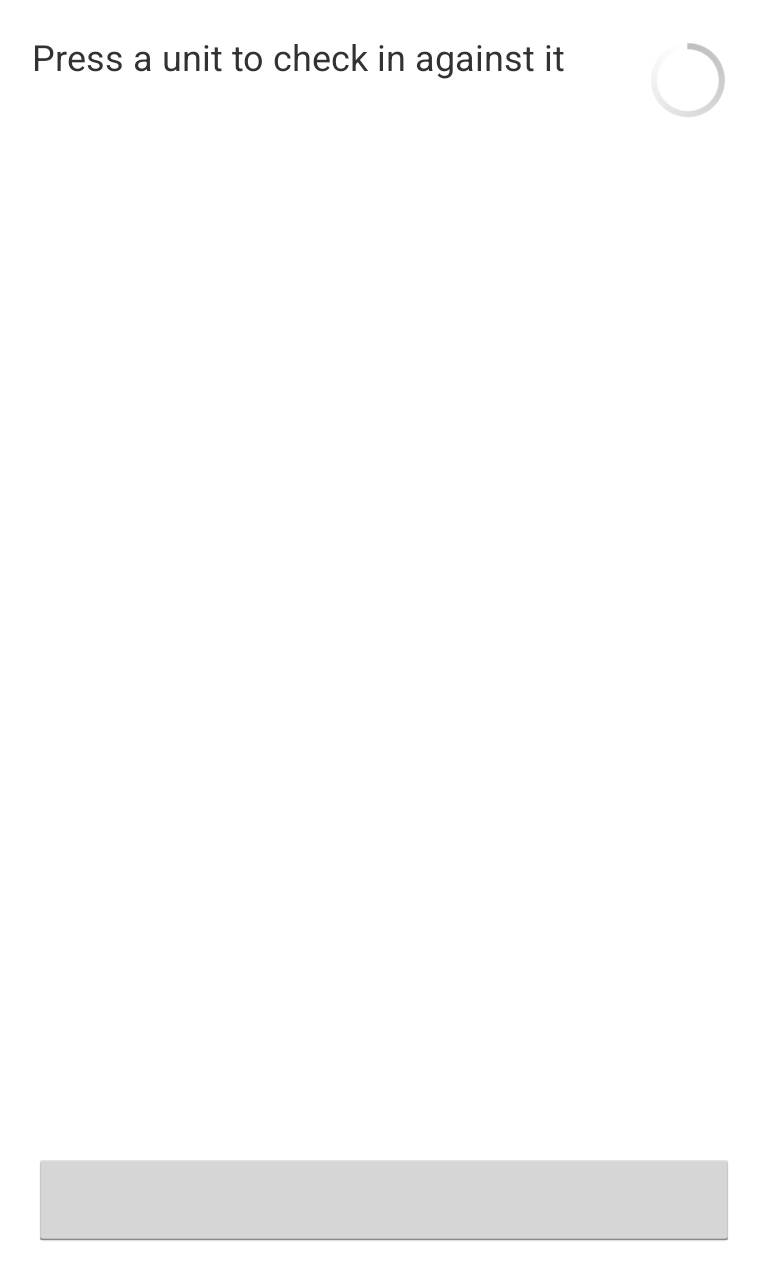
Repository: bleproj/ble-android
Layout: ble/res/layout/activity_manual_checkin.xml
These files come from the project's save history. The layout is drawn as it stood at one moment and after the next save; the edit follows.
It is drawn on a 768 x 1280 px phone screen (xhdpi) without system bars, with theme AppTheme; the app's code is not run. Lists and similar views that code fills are empty.

Above is the layout before, as saved 2013-11-26 16:01:09.

After the next save:
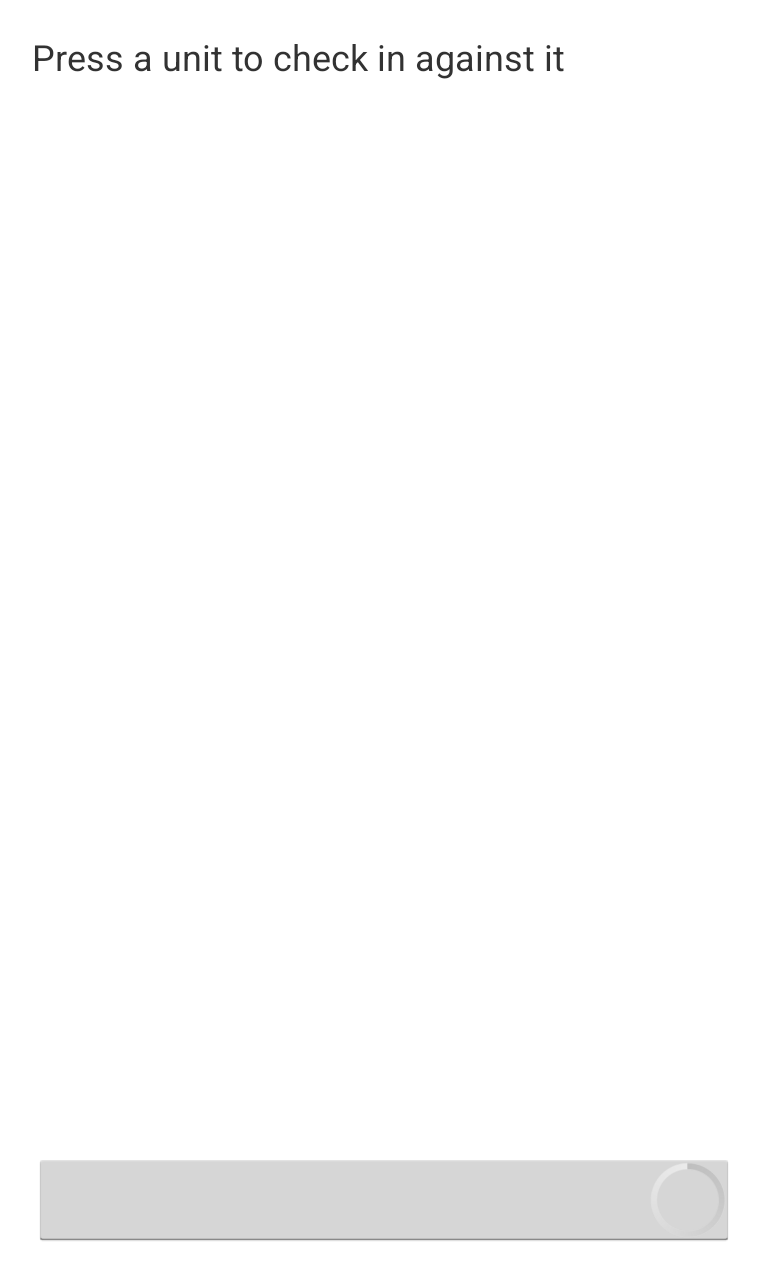
Saved 3 min 31 s later.
--- a/ble/res/layout/activity_manual_checkin.xml
+++ b/ble/res/layout/activity_manual_checkin.xml
@@ -27,13 +27,6 @@
 
     </ListView>
 
-    <ProgressBar
-        android:id="@+id/progressBar1"
-        android:layout_width="wrap_content"
-        android:layout_height="wrap_content"
-        android:layout_alignParentRight="true"
-        android:layout_alignParentTop="true" />
-
     <Button
         android:id="@+id/button1"
         android:layout_width="wrap_content"
@@ -42,4 +35,11 @@
         android:layout_alignParentBottom="true"
         android:layout_alignRight="@+id/listView1" />
 
+    <ProgressBar
+        android:id="@+id/progressBar1"
+        android:layout_width="wrap_content"
+        android:layout_height="wrap_content"
+        android:layout_alignRight="@+id/button1"
+        android:layout_alignTop="@+id/button1" />
+
 </RelativeLayout>
